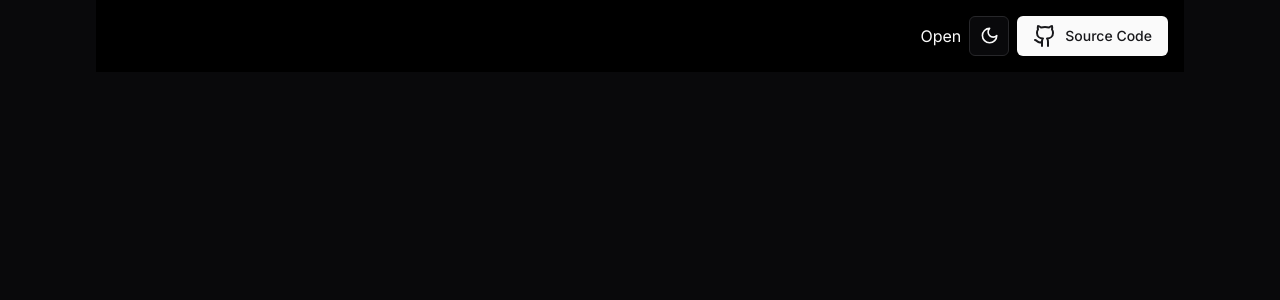
Repository: Young-Dev001/weather-app
Page: /
An editor plug-in stored every save of this project. The page is shown before and after the next save, followed by the edit.
The browser window is 1280 px wide. The pictures show the whole page.
The project was rebuilt for these pictures with package versions that can differ from the ones it lists, and the page was loaded fresh each time. The framework's server and built-in components were replaced by stand-ins that run in the browser. Also part of the build but not shown: next.config.mjs, components/ui/command.tsx.

Above is the page before, as saved 2024-06-09 12:14:04.

After the next save:
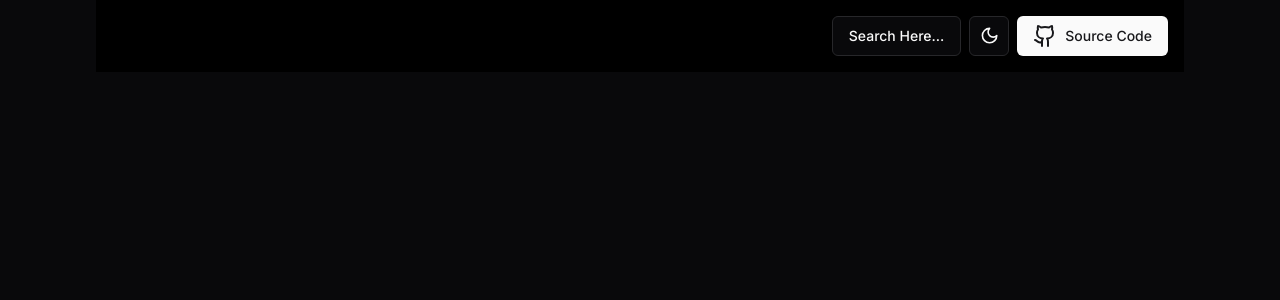
Saved 2 min 49 s later.
--- a/components/SearchDialog.tsx
+++ b/components/SearchDialog.tsx
@@ -18,39 +18,21 @@ import {
     CommandSeparator,
     CommandShortcut,
   } from "@/components/ui/command"
+import { Button } from "./ui/button"
 
 
 
 
 function SearchDialog() {
   return (
-    <Dialog>
-  <DialogTrigger>Open</DialogTrigger>
-  <DialogContent>
-    <DialogHeader>
-      <DialogTitle>Are you absolutely sure?</DialogTitle>
-      <DialogDescription>
-      <Command>
-  <CommandInput placeholder="Type a command or search..." />
-  <CommandList>
-    <CommandEmpty>No results found.</CommandEmpty>
-    <CommandGroup heading="Suggestions">
-      <CommandItem>Calendar</CommandItem>
-      <CommandItem>Search Emoji</CommandItem>
-      <CommandItem>Calculator</CommandItem>
-    </CommandGroup>
-    <CommandSeparator />
-    <CommandGroup heading="Settings">
-      <CommandItem>Profile</CommandItem>
-      <CommandItem>Billing</CommandItem>
-      <CommandItem>Settings</CommandItem>
-    </CommandGroup>
-  </CommandList>
-</Command>
+<Dialog>
+  <DialogTrigger asChild>
+    <Button variant="outline"
+    className="border inline-flex items-center justify-center">
+        <p>Search Here...</p>
+    </Button>
+  </DialogTrigger>
 
-      </DialogDescription>
-    </DialogHeader>
-  </DialogContent>
 </Dialog>
 
   )
